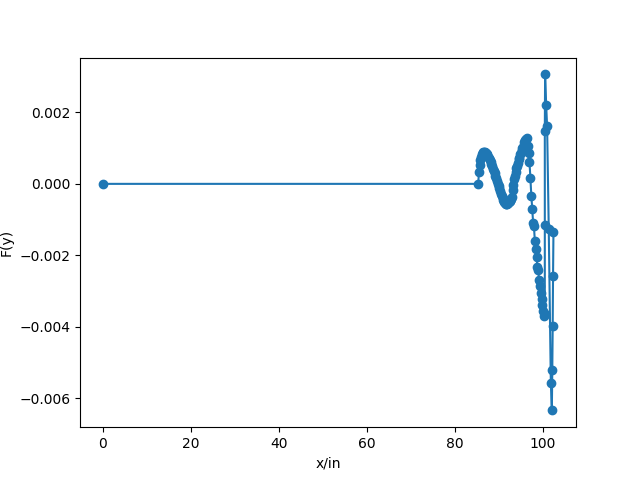
Repository: leiradom/Modified-linear-theory
Script's output: python 2_F_function.py
These files come from the project's save history. The script's output is drawn as it stood at one moment and after the next save; the edit follows.
Random numbers start from a fixed seed.

Above is the script's output before, as saved 2021-04-05 15:00:42.

After the next save:
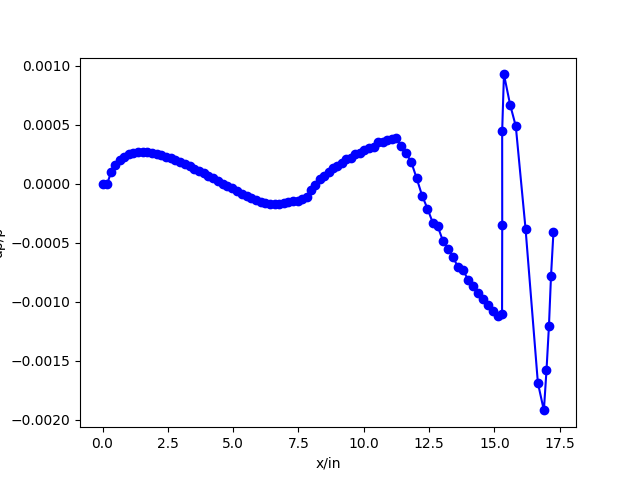
Saved 89 s later.
--- a/2_F_function.py
+++ b/2_F_function.py
@@ -68,15 +68,15 @@ for i in range(1,a):
 
 #将计算结果输出
 
-
+'''
 #绘制F函数的图像
 plt.plot(X1, F,'-o')
 plt.xlabel("x/in")
 plt.ylabel('F(y)')
 plt.show()
+'''
 
 
-'''
 
 X0 = np.zeros(a)
 for i in range(1,a):
@@ -88,7 +88,7 @@ plt.xlabel("x/in")
 plt.ylabel('dp/p')
 plt.show()
 
-'''
+
 
 #delta_P = np.ones[a]    #储存过压的数组
 #delta_P[i] = P0 * ((gama * M * M)/(math.sqrt(2 * B * r0))) * F[i]
